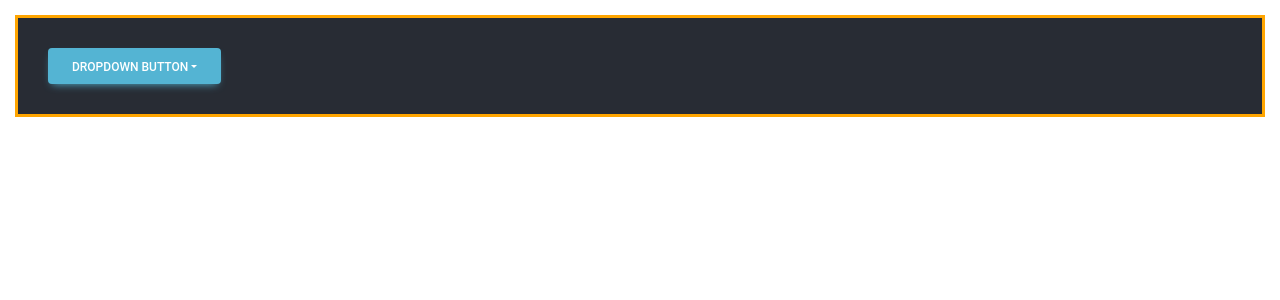
Repository: MarcusVTAlmeida/digital
Page: /
These files come from the project's save history. The page is drawn as it stood at one moment and after the next save; the edit follows.
The browser window is 1280 px wide. The pictures show the whole page.
The project was rebuilt for these pictures with package versions that can differ from the ones it lists, and the page was loaded fresh each time. Also part of the build but not shown: src/notas/Retorno.js.

Above is the page before, as saved 2024-04-18 21:28:02.

### src/App.js
'use client'
import React from 'react';
import Clipboard from 'react-clipboard.js';
import { MDBDropdown, MDBDropdownToggle, MDBDropdownMenu, MDBDropdownItem } from "mdb-react-ui-kit";
import 'mdb-react-ui-kit/dist/css/mdb.min.css'
import Retorno from "./notas/Retorno"

export default class Page extends React.Component {
    constructor(props) {
        super(props);
        this.handleChange9 = this.handleChange9.bind(this);
        this.getTextUpgr = this.getTextUpgr.bind(this);
        this.state = {
            ncliente: '',
            ccliente: '',
            volume: '',
            vnota: '',
            nnota: '',
            epagador: '',
            npagador: '',
            cnpjp: '',
            dpagador: '',
            ndestino: '',
            cnpjd: '',
            dendereco: '',
            remessa: '',
            cubagem: '',
            transportadora: '',
            pedidov: '',
        };
    }


    getTextUpgr() {
        return `
${this.state.remessa}
Pedido de Venda: ${this.state.pedidov}
${this.state.ccliente} - ${this.state.ncliente}
Volumes: ${this.state.volume} - ${this.state.cubagem}
Objetos:
${this.state.objeto}

Transportadora: ${this.state.transportadora}

VALOR NF: R$${this.state.vnota} NOTA= ${this.state.nnota}

OBS LOCAL DE COLETA E PAGADOR: ${this.state.npagador} - ${this.state.cnpjp}, Endereço: ${this.state.epagador}

CPNJ DESTINO: ${this.state.cnpjd} - ${this.state.ndestino}, Endereço: ${this.state.dendereco}
`;
    }

    getTextUpgr1() {
        return `
        -Nome
        -Telefone
        -CNPJ ou CPF
        -Horário da Coleta
        -CEP da Coleta
        -Confirmação de Endereço
        -Cidade da Coleta
        -Nome Fantasia(Caso seja empresa)
        -CNPJ ou CPF do Destino
        -Endereço de Entrega
        - Pagador do frete
        - Valor da nota fiscal
        - Peso
        - Quantidade de volumes
        - Medidas dos volumes
        - Qual o tipo de mercadoria?
        - Qual classificação química? (Caso seja químico)
        - Como está embalada?
`;
    }

    handleChange9() {
        this.setState({ ncliente: '' });
        this.setState({ ccliente: '' });
        this.setState({ volume: '' });
        this.setState({ objeto: '' });
        this.setState({ vnota: '' });
        this.setState({ nnota: '' });
        this.setState({ epagador: '' });
        this.setState({ npagador: '' });
        this.setState({ cnpjp: '' });
        this.setState({ ndestino: '' });
        this.setState({ cnpjd: '' });
        this.setState({ dendereco: '' });
        this.setState({ remessa: '' })
        this.setState({ cubagem: '' })
        this.setState({ transportadora: '' })
        this.setState({ pedidov: '' })
    }
    render() {
        const { showingretorno } = this.state;
    // const { showingsimples } = this.state;
    const { showinglocacao } = this.state;
        return (
            <div style={{
                padding: '30px',
                backgroundColor: '#282c34',
                borderColor: 'orange',
                borderStyle: 'solid',
                display: 'flex',
                flexDirection: 'column',
                justifyContent: 'center',
                color: 'white',
                margin: '15px'
            }}>



<MDBDropdown>
      <MDBDropdownToggle caret color="info">Dropdown button</MDBDropdownToggle>
      <MDBDropdownMenu basic>
        <MDBDropdownItem link onClick={() => this.setState({ showingretorno: !showingretorno })}>retorno</MDBDropdownItem>
        <MDBDropdownItem link onClick={() => this.setState({ showinglocacao: !showinglocacao })}>locaçao</MDBDropdownItem>
        <MDBDropdownItem link>Something else here</MDBDropdownItem>
      </MDBDropdownMenu>
    </MDBDropdown>
    <div>
              {showingretorno
                ? <div>
                  <div style={{ color: "white", border: "5px solid", borderColor: "#a36a00" }}>
                    <div style={{ textAlign: 'center' }}>
                      <button onClick={() => this.setState({ showingretorno: !showingretorno })}>X</button>
                    </div>
                    <Retorno/>
                  </div>
                </div>
                : null
              }
            </div>

            <div>
              {showinglocacao
                ? <div>
                  <div style={{ color: "white", border: "5px solid", borderColor: "#a36a00" }}>
                    <div style={{ textAlign: 'center' }}>
                      <button onClick={() => this.setState({ showinglocacao: !showinglocacao })}>X</button>
                    </div>

                  </div>
                </div>
                : null
              }
            </div>
            </div>
        );
    }
}

Loaded but not shown: public/index.html (common file); src/index.js (common file); src/index.css (common file); src/reportWebVitals.js (common file)

After the next save:
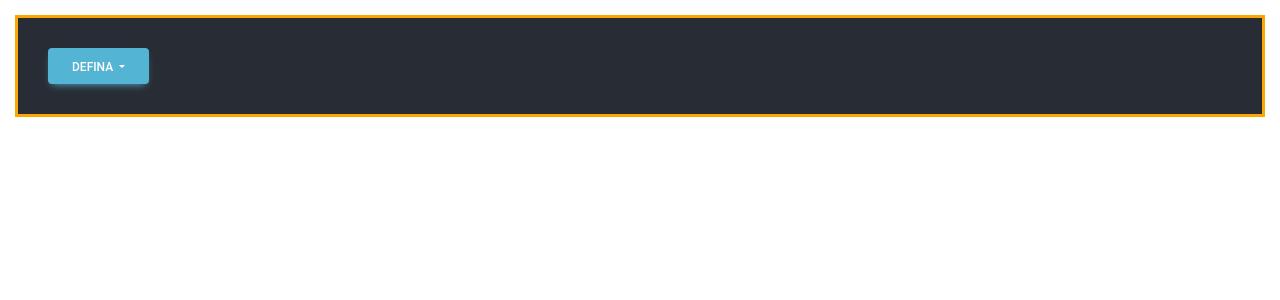
Saved 8 min 40 s later.
--- a/src/App.js
+++ b/src/App.js
@@ -111,7 +111,7 @@ CPNJ DESTINO: ${this.state.cnpjd} - ${this.state.ndestino}, Endereço: ${this.st
 
 
 <MDBDropdown>
-      <MDBDropdownToggle caret color="info">Dropdown button</MDBDropdownToggle>
+      <MDBDropdownToggle caret color="info">Defina </MDBDropdownToggle>
       <MDBDropdownMenu basic>
         <MDBDropdownItem link onClick={() => this.setState({ showingretorno: !showingretorno })}>retorno</MDBDropdownItem>
         <MDBDropdownItem link onClick={() => this.setState({ showinglocacao: !showinglocacao })}>locaçao</MDBDropdownItem>
